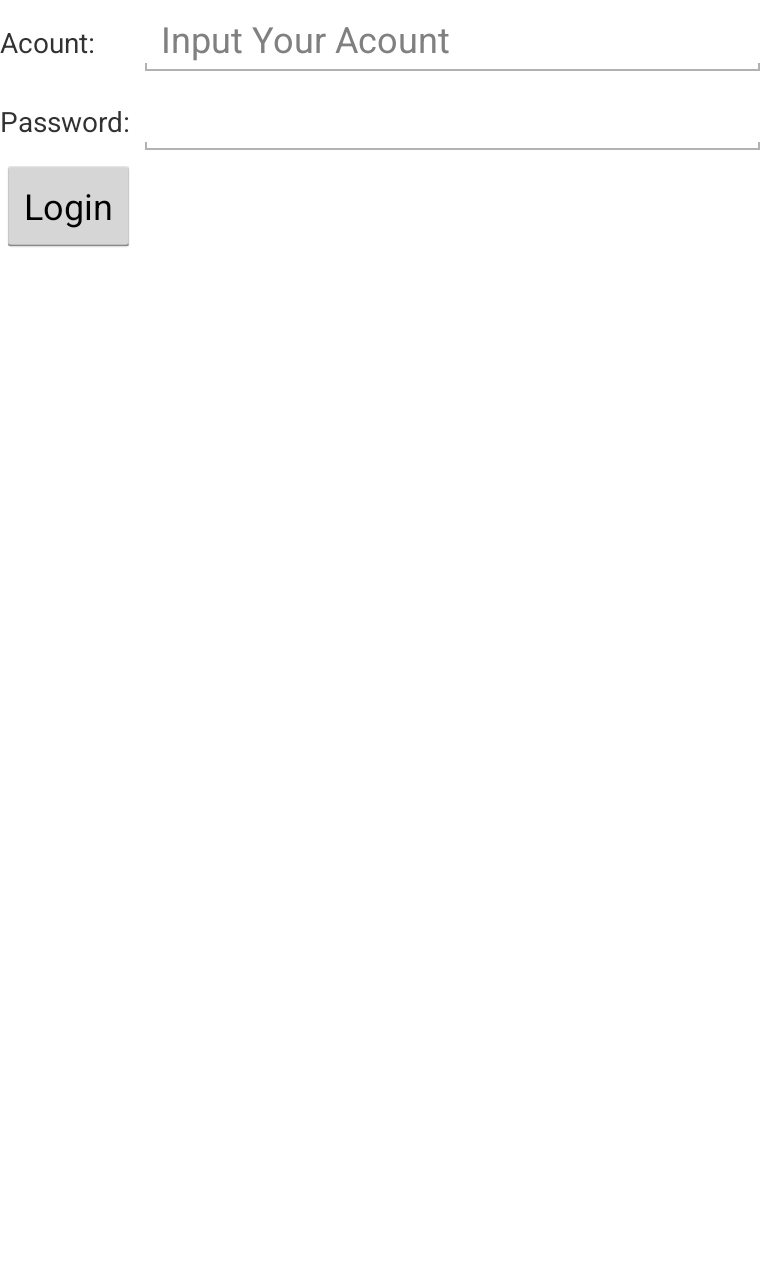
Repository: Ollyder/eclipse_work
Layout: TableLayout/res/layout/activity_main.xml
These files come from the project's save history. The layout is drawn as it stood at one moment and after the next save; the edit follows.
It is drawn on a 768 x 1280 px phone screen (xhdpi) without system bars, with theme AppTheme; the app's code is not run.

Above is the layout before, as saved 2017-05-28 04:32:55.

After the next save:
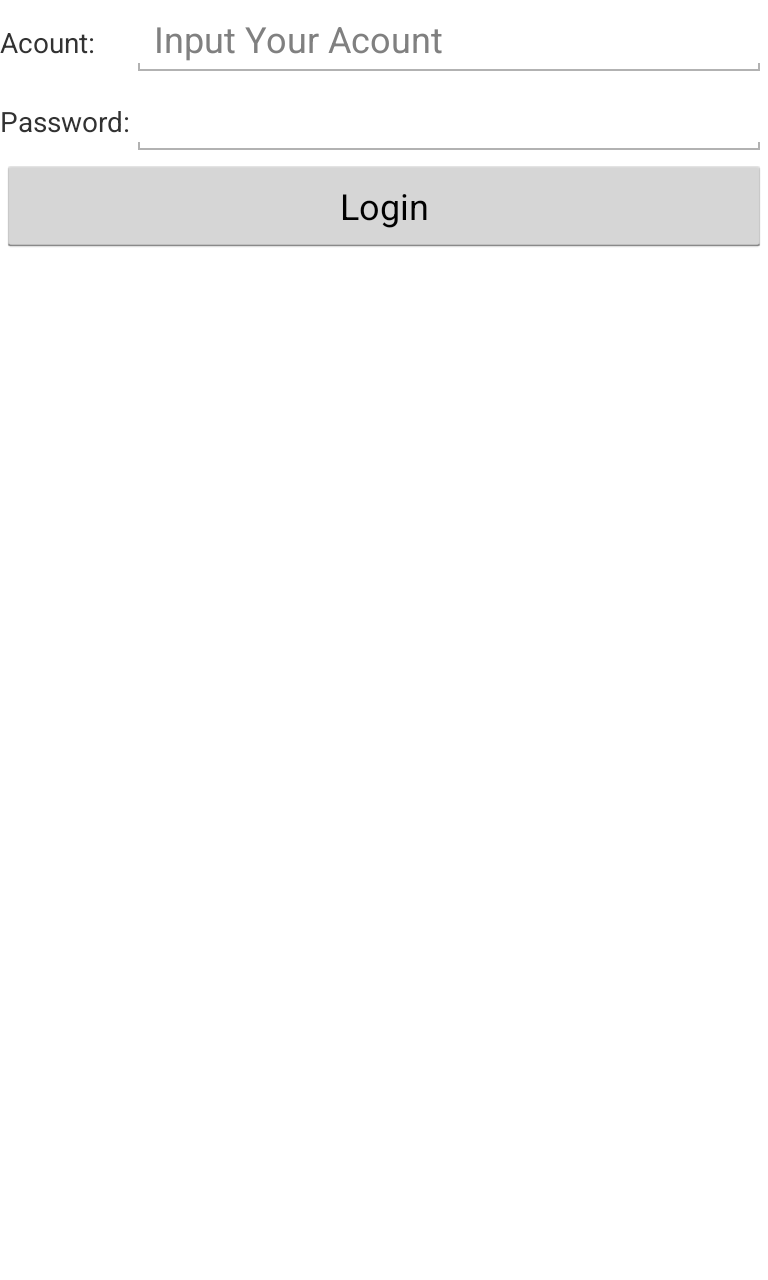
Saved 21 s later.
--- a/TableLayout/res/layout/activity_main.xml
+++ b/TableLayout/res/layout/activity_main.xml
@@ -34,6 +34,7 @@
         <Button
             android:id="@+id/button1"
             android:layout_height="wrap_content"
+            android:layout_span="2"
             android:text="Login"/>
     </TableRow>
 </TableLayout>
